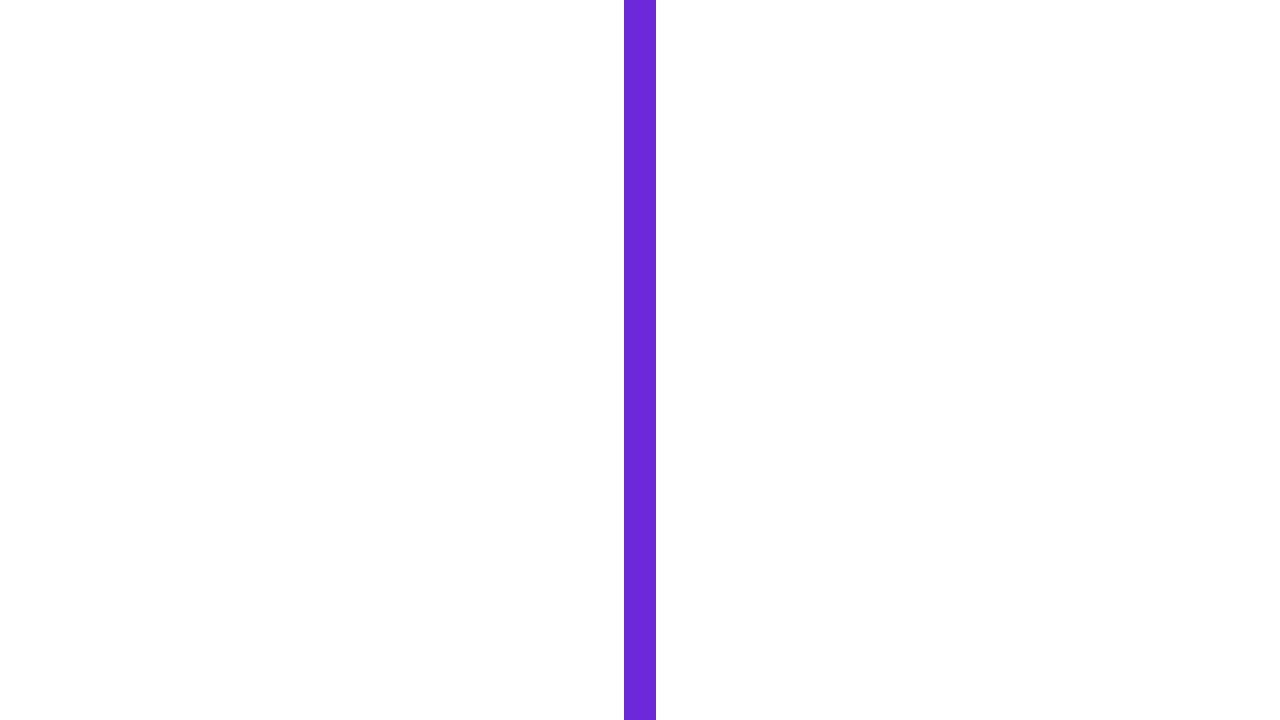
Repository: vndp/Dom_lab
Page: Praticando/index.html
The author's editor kept a copy of each file at every save. The page is drawn from the files as they stood at one save, then again after a run of saves.
The browser window is 1280 px wide. The pictures show the whole page.

Above is the page before, as saved 2022-07-19 09:31:14.

After the next 5 saves:
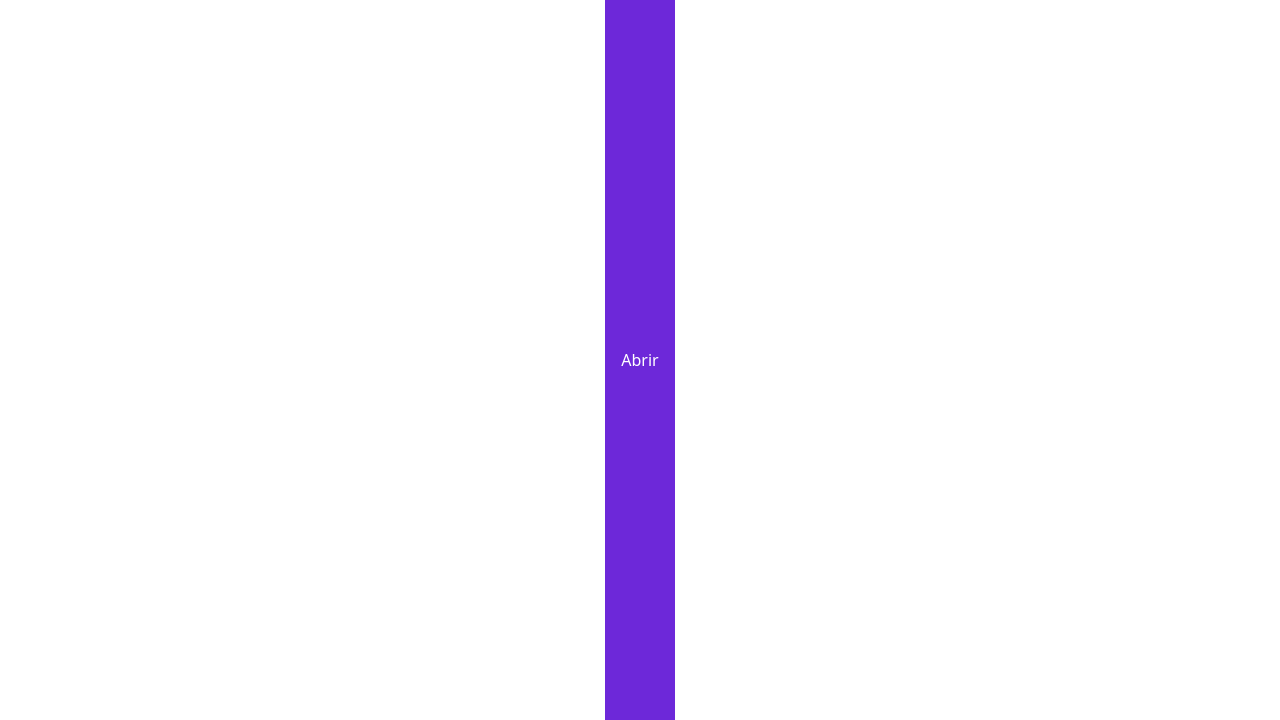
The 5 saves are shown as one change because they came seconds apart.
The last was saved 14 s later.
--- a/Praticando/index.html
+++ b/Praticando/index.html
@@ -13,7 +13,9 @@
 
     <button
     id="openModal"
-    class="bg-purple-700 text-white py-2 px-4 rouded"></button>
+    class="bg-purple-700 text-white py-2 px-4 rouded">
+    Abrir
+</button>
 
 </body>
 </html>
